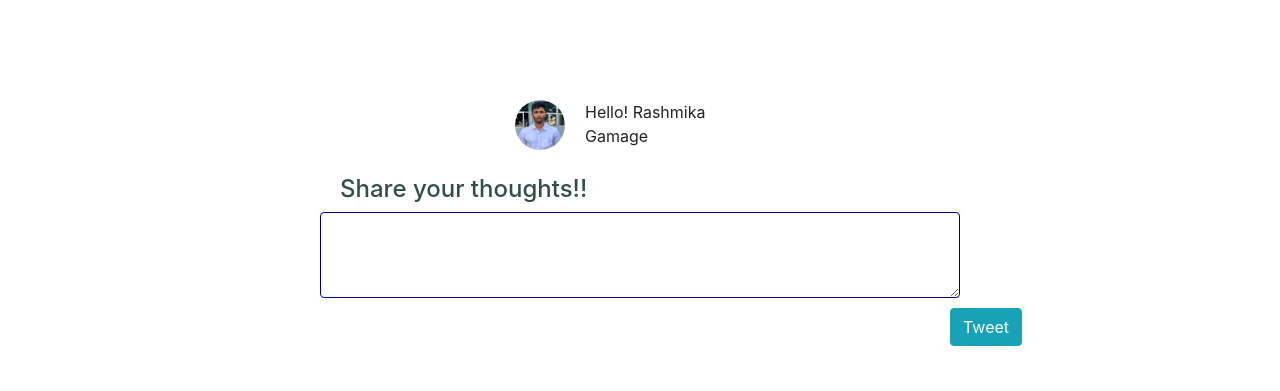
Repository: rashmikagamage/OAuth-Implementation
Page: / (app in frontend/)
An editor plug-in stored every save of this project. The page is shown before and after a run of saves, followed by the edit.
The browser window is 1280 px wide. The pictures show the whole page.
Some web libraries are served in a nearby version. The project was rebuilt for these pictures with package versions that can differ from the ones it lists, and the page was loaded fresh each time. Also part of the build but not shown: frontend/src/components/login.js, frontend/src/components/git-home.js, frontend/src/App.css.

Above is the page before, as saved 2021-09-08 10:47:06.

After the next 2 saves:
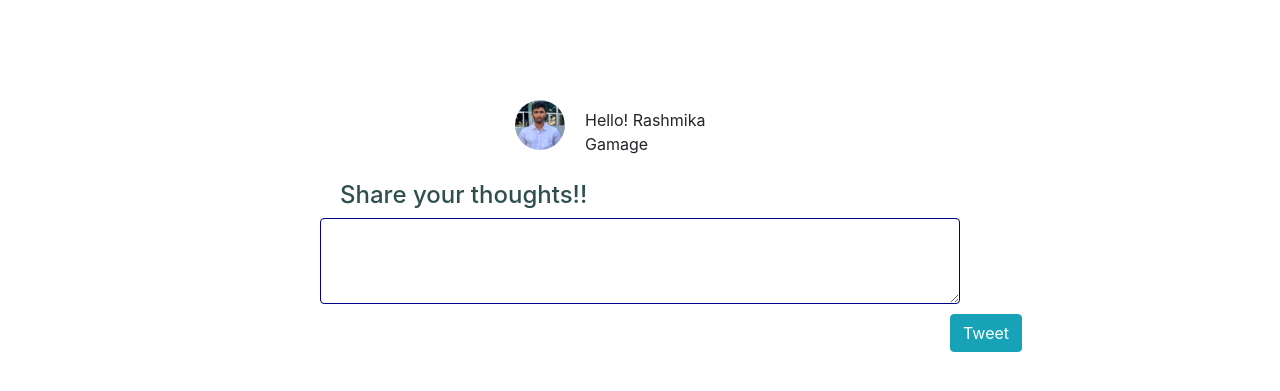
The 2 saves are shown as one change because they came seconds apart.
The last was saved 22 s later.
--- a/frontend/src/components/twitter-home.js
+++ b/frontend/src/components/twitter-home.js
@@ -16,7 +16,7 @@ function TwitterHome(props) {
           <div class="col-sm-3">
           <img src={avatar} alt="Avatar" class="avatar"></img>
           </div>
-          <div class="col-sm">
+          <div class="col-sm mt-2">
           Hello! {username}
           </div>
         </div>
